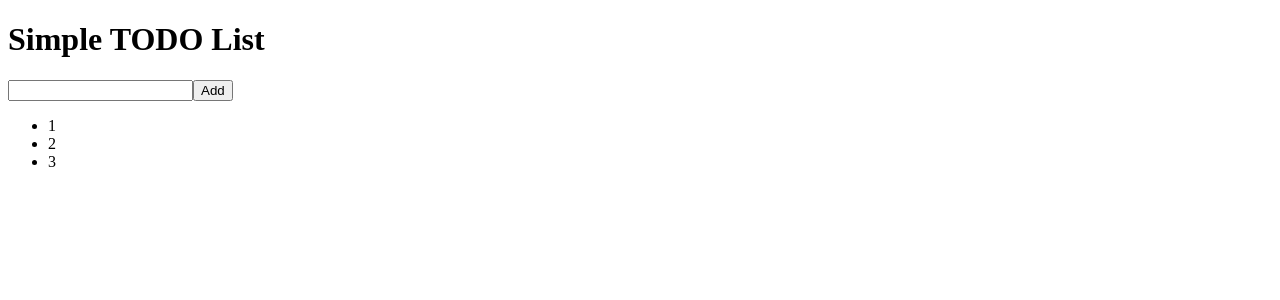
Repository: chenguocan/React-todoList
Page: todolist.html
These files come from the project's save history. The page is drawn as it stood at one moment and after the next save; the edit follows.
The browser window is 1280 px wide. The pictures show the whole page.

Above is the page before, as saved 2020-09-12 15:22:26.

After the next save:
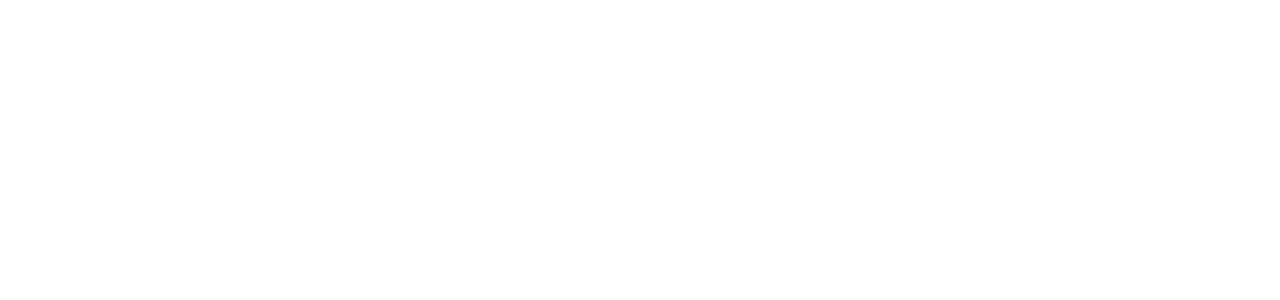
Console error: ReferenceError: props is not defined
Saved 74 s later.
--- a/todolist.html
+++ b/todolist.html
@@ -50,7 +50,7 @@
         class List extends React.Component {
             constructor() {
                 super();
-                console.log(this.props);
+                console.log(props);
             }
             render() {
                 return (

After the save that followed:
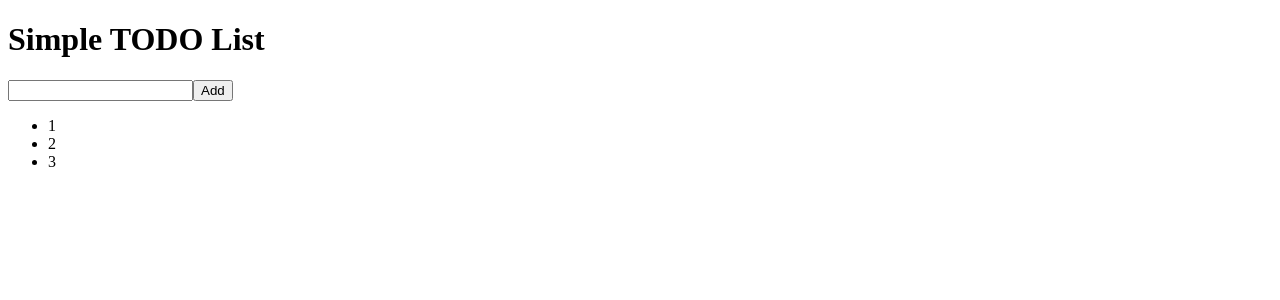
The error is gone.
Saved 4 s later.
--- a/todolist.html
+++ b/todolist.html
@@ -50,7 +50,7 @@
         class List extends React.Component {
             constructor() {
                 super();
-                console.log(props);
+                console.log(this);
             }
             render() {
                 return (
